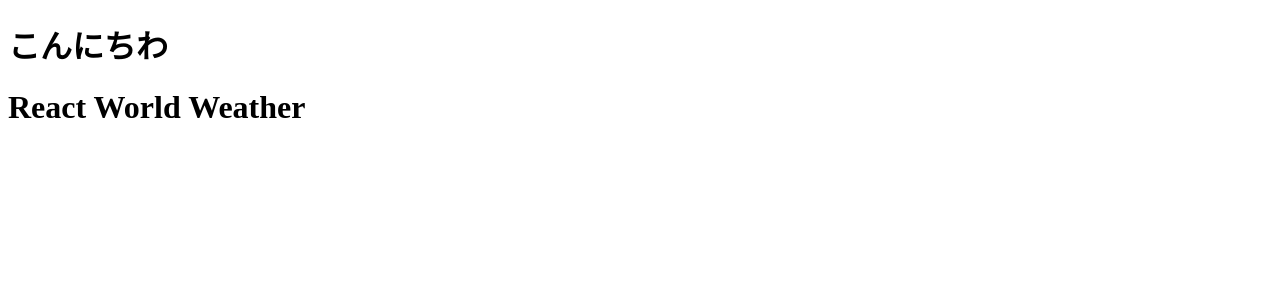
Repository: RyougaSeko/react-weather-app
Page: /
An editor plug-in stored every save of this project. The page is shown before and after the next save, followed by the edit.
The browser window is 1280 px wide. The pictures show the whole page.
The project was rebuilt for these pictures with package versions that can differ from the ones it lists, and the page was loaded fresh each time. Also part of the build but not shown: src/App.css.

Above is the page before, as saved 2022-10-08 15:30:41.

After the next save:
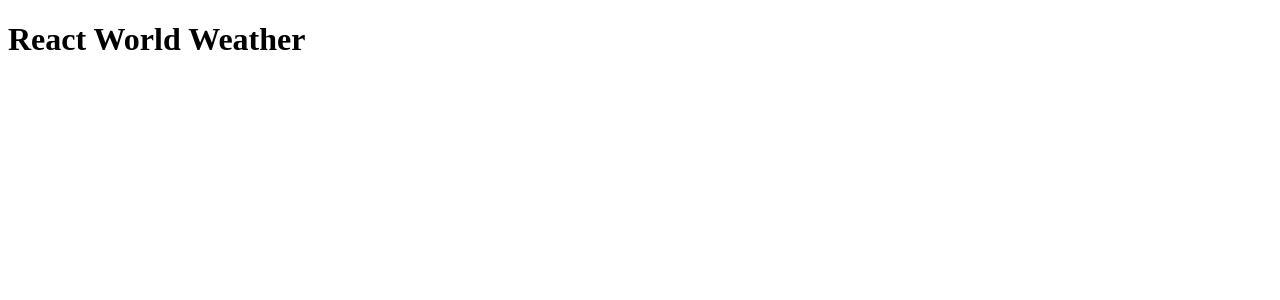
Saved 119 s later.
--- a/src/App.js
+++ b/src/App.js
@@ -6,7 +6,6 @@ import './App.css';
 function App() {
   return (
     <div className="test">
-      <h1>こんにちわ</h1>
       <Title />
     </div>
   );
